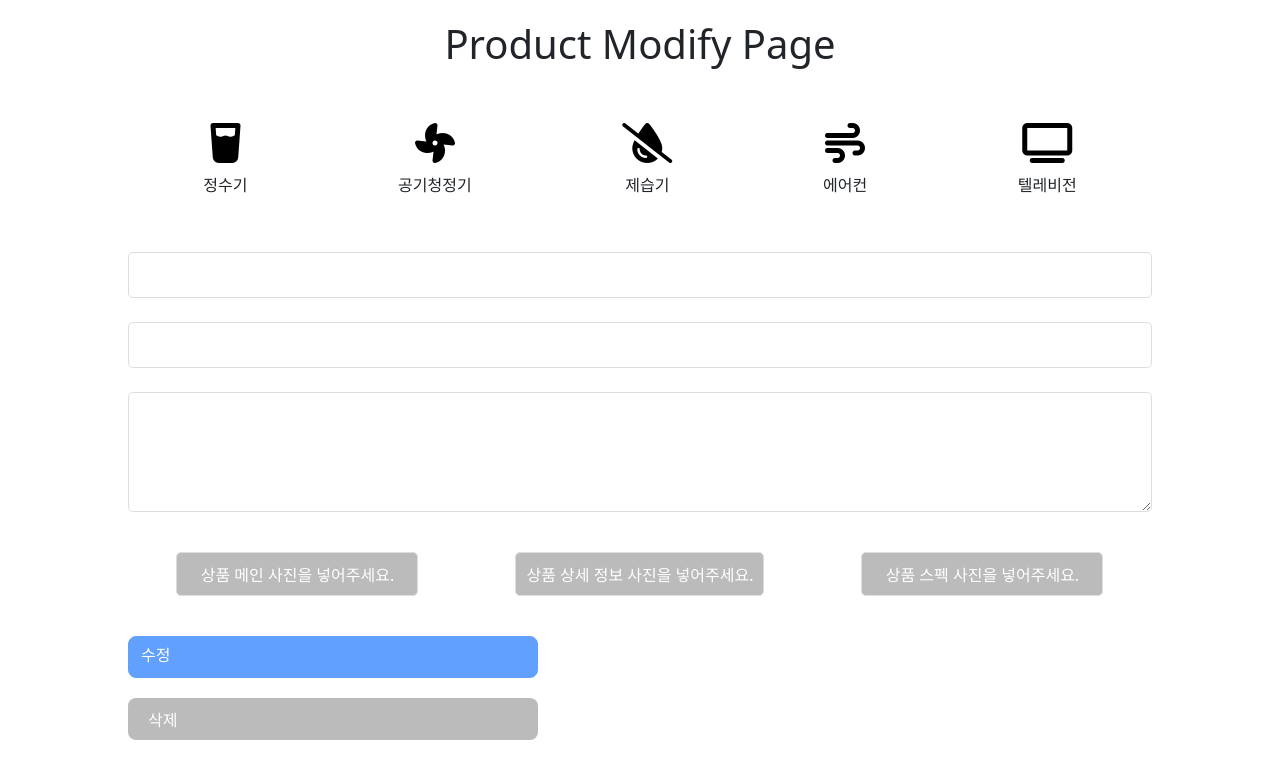
Repository: khr4162/ezen_final
Page: http://localhost/spring/WEB-INF/views/product/modify.jsp
The author's editor kept a copy of each file at every save. The page is drawn from the files as they stood at one save, then again after the next save.
The browser window is 1280 px wide. The pictures show the whole page.
Some web libraries are served in a nearby version. The page is served by Tomcat 9. Nobody is signed in. Other server files are loaded and not shown. The template is opened directly, without the code that normally fills it, so the values that code supplies are empty.

Above is the page before, as saved 2023-07-31 05:44:10.

### spring/src/main/webapp/WEB-INF/views/product/modify.jsp
<%@ page language="java" contentType="text/html; charset=UTF-8"
    pageEncoding="UTF-8"%>
<%@ taglib uri="http://java.sun.com/jsp/jstl/core" prefix="c" %>
<%@ taglib uri="http://java.sun.com/jsp/jstl/functions" prefix="fn"%>
<!DOCTYPE html>
<html>
<head>
<meta charset="UTF-8">
<title>Product Modify Page</title>
<link rel="stylesheet" href="/resources/css/product/register.css">
<script src="https://kit.fontawesome.com/e927512ef5.js" crossorigin="anonymous"></script>
<link href="https://cdn.jsdelivr.net/npm/bootstrap@5.3.1/dist/css/bootstrap.min.css" rel="stylesheet" integrity="sha384-4bw+/aepP/YC94hEpVNVgiZdgIC5+VKNBQNGCHeKRQN+PtmoHDEXuppvnDJzQIu9" crossorigin="anonymous">
<script src="https://cdn.jsdelivr.net/npm/bootstrap@5.3.1/dist/js/bootstrap.bundle.min.js" integrity="sha384-HwwvtgBNo3bZJJLYd8oVXjrBZt8cqVSpeBNS5n7C8IVInixGAoxmnlMuBnhbgrkm" crossorigin="anonymous"></script>
</head>
<body>
	<h1>Product Modify Page</h1>
	 <form action="/product/modify" method="post" id="registerForm" class="was-validated" enctype="multipart/form-data">
        <div>
            <ul>
                <li class="product" data-value="정수기">
                    <div>
                        <i class="fa-solid fa-glass-water" style="color: #000000;"></i>
                        <div class="product-name">정수기</div>
                    </div>
                </li>
                <li class="product" data-value="공기청정기">
                    <div>
                        <i class="fa-solid fa-fan" style="color: #000000;"></i>
                        <div class="product-name">공기청정기</div>
                    </div>
                </li>
                <li class="product" data-value="제습기">
                    <div>
                        <i class="fa-solid fa-droplet-slash" style="color: #000000;"></i>
                        <div class="product-name">제습기</div>
                    </div>
                </li>
                <li class="product" data-value="에어컨">
                    <div>
                        <i class="fa-solid fa-wind" style="color: #000000;"></i>
                        <div class="product-name">에어컨</div>
                    </div>
                </li>
                <li class="product" data-value="텔레비전">
                    <div>
                        <i class="fa-solid fa-tv" style="color: #000000;"></i>
                        <div class="product-name">텔레비전</div>
                    </div>
                </li>
            </ul>
        </div>
        <input type="hidden" name="type_a" id="mySelection">
        <p id="type_aError" class="error" style="color: red; display: none;">제품 카테고리를 입력해주세요.</p>
       <br>
       <input name="pno" value="${product.pvo.pno }" type="hidden">
       <input name="pname" value="${product.pvo.pname }" readonly="readonly"> <br><br>
       <p id="pnameError" class="error" style="color: red; display: none;">제품명을 입력해주세요.</p>
       <input id="priceInput" name="price" value="${product.pvo.price }"> <br><br>
       <p id="priceError" class="error" style="color: red; display: none;">숫자만 입력해주세요.</p>
       <textarea name="content" cols="50" rows="10">${product.pvo.content }</textarea> <br>
       <div id="allDiv">
	       <div class="fileDiv">
		       <input type="file" id="files" name="files" style="display: none" class="form-control" aria-label="file example" required> <br>
		       <button type="button" id="trigger">상품 메인 사진을 넣어주세요.</button> <br>
		   	   <c:set value="${product.flist}" var="flist"/>
		       <div id="fileZone">
		    		<li>
		    			<c:forEach items="${flist }" var="file">
		    				<c:if test="${file.fileCategoryNum == 0}">
		        				<img alt="image" src="/upload/${fn:replace(file.save_dir, '\\','/') }/${file.uuid}_th_${file.file_name}">
		        				<button type="button" class="file-x" data-uuid="${file.uuid }">X</button>
		        			</c:if>
		    			</c:forEach>
		    		</li>
				</div>
	    	</div>
		   <div id="fileDiv">
			   <input type="file" id="files1" name="files" style="display: none" class="form-control" aria-label="file example" required> <br>
		       <button type="button" id="trigger1">상품 상세 정보 사진을 넣어주세요.</button> <br>
				 <div id="fileZone1">
		    		<li>
		        		<c:forEach items="${flist }" var="file">
		    				<c:if test="${file.fileCategoryNum == 1}">
		        				<img alt="image" src="/upload/${fn:replace(file.save_dir, '\\','/') }/${file.uuid}_th_${file.file_name}">
		        				<button type="button" class="file-x" data-uuid="${file.uuid }">X</button>
		        			</c:if>
		    			</c:forEach>
		    		</li>
				</div>
			</div>
			<div id="fileDiv">
			   <input type="file" id="files2" name="files" style="display: none" class="form-control" aria-label="file example" required> <br>
		       <button type="button" id="trigger2">상품 스펙 사진을 넣어주세요.</button> <br>
				 <div id="fileZone2">
		    		<li>
		        		<c:forEach items="${flist }" var="file">
		    				<c:if test="${file.fileCategoryNum == 2}">
		        				<img alt="image" src="/upload/${fn:replace(file.save_dir, '\\','/') }/${file.uuid}_th_${file.file_name}">
		        				<button type="button" class="file-x" data-uuid="${file.uuid }">X</button>
		        			</c:if>
		    			</c:forEach>
		    		</li>
				</div>
			</div>
		</div>
       <button onclick="validateButton(event)" id="modBtn" class="btn btn-primary" type="submit" disabled>수정</button>
    </form>
    <div id="delDiv">
		<form action="/product/delete" method="post">
		   <input name="pno" value="${product.pvo.pno }" type="hidden">
	       <button id="delBtn" type="submit">삭제</button>
		</form>
	</div>
	<script type="text/javascript" src="/resources/js/product/productModify.js"></script>
</body>
</html>

### spring/src/main/webapp/resources/css/product/register.css
body {
    font-family: 'Helvetica Neue', Helvetica, Arial, sans-serif;
    margin: 0;
    padding: 0;
    color: #333;
    background-color: #fff;
}

h1 {
    text-align: center;
    padding: 20px 0;
}

form, textarea, button {
    width: 80%;
    margin: 20px auto;
}

input, textarea, #trigger, #trigger1, #trigger2 {
    margin: 10px 0;
    padding: 10px;
    border: 1px solid #ddd;
    border-radius: 5px;
    width: 100%;
    font-size: 16px;
}

textarea {
    height: 120px;
}

ul {
    display: flex;
    flex-wrap: wrap;
    justify-content: space-evenly;
  	padding-left: 0 !important;
}

li {
    list-style: none;
    padding: 10px;
    margin: 5px 5px;
    text-align: center;
    flex-grow: 1;
}

.product-clicked {
    background-color: rgba(128, 128, 128, 0.5);
    padding: 10px;
    border-radius: 5px;
    animation: pop 0.6s;
    margin-top: -10px;
}

@keyframes pop {
    0% { transform: scale(1); }
    50% { transform: scale(1.1); }
    100% { transform: scale(1); }
}

i {
    font-size: 40px;
    display: block;
    margin-bottom: 10px;
    color: #555;
}

button {
    background-color: #bbb;
    color: #fff;
    border: none;
    padding: 10px 20px;
    text-align: center;
    font-size: 16px;
    cursor: pointer;
    border-radius: 5px;
    margin: 20px 0;
    transition: 0.3s;
    min-width: 242px;
    max-width: 440px;
    height: 44px;
}

button:hover {
    background-color: #999;
}

.center {
    text-align: center;
}

@media (max-width: 768px) {
    form, textarea, button {
        width: 90%;
    }

    i {
        font-size: 30px;
    }
}

#allDiv {
	display: flex;
	justify-content: space-around;
}

.fileDiv {
	flex-direction: column;
	align-items: center;
}

img {
	width: 240px;
	height: 240px;
}

#regBtn {
	display: flex;
	justify-content: center;
	margin: auto;
	width: 100%;
}

#modBtn, #delBtn {
	display: inline-flex !important;
	width: 40%;
	height: 42px;
	border-radius: 8px;
}

### spring/src/main/webapp/resources/js/product/productModify.js
//삭제
document.addEventListener('click', (e) => {
    if(e.target.classList.contains('file-x')) {
        let uuid = e.target.dataset.uuid;
        console.log(uuid);

        removeFileToServer(uuid).then(result => {
            console.log(result);
            alert('파일삭제' + (parseInt(result) > 0 ? "Success" : "Fail"));
            if(result > 0) {
                e.target.closest('li').remove();
            }
        })

    }
})

async function removeFileToServer(uuid) {
    try {
        const url = '/product/file/' + uuid;
        const config = {
            method: 'delete'
        }
        const resp = await fetch(url, config);
        const result = await resp.text();
        return result;
    } catch (error) {
        console.log(error);
    }
}

//수정
document.getElementById('trigger').addEventListener('click', () => {
    console.log("trigger");
    document.getElementById('files').click();
})

document.getElementById('trigger1').addEventListener('click', () => {
    console.log("trigger1");
    document.getElementById('files1').click();
})

document.getElementById('trigger2').addEventListener('click', () => {
    console.log("trigger2");
    document.getElementById('files2').click();
})

const regExp = new RegExp("\\.(exe|sh|bat|msi|dll|js)$");
const regExpImg = new RegExp("\\.(jpg|jpeg|png|gif|bmp)$");
const maxSize = 1024*1024*20;

function fileSizeValidation(fileName, fileSize) {
    if(regExp.test(fileName)) {
        return 0;
    } else if(fileSize > maxSize) {
        return 0;
    } else {
        return 1;
    }
}

document.addEventListener('change', (e) => {
    console.log(e.target);
    if(e.target.id=='files') {
        document.getElementById('modBtn').disabled=false;
        const fileObject = document.getElementById('files').files;
        console.log(fileObject);

        let div = document.getElementById('fileZone');
        div.innerHTML = '';
        let ul = `<ul>`;
        let isOk = 1;
        for(let file of fileObject) {
            console.log(file);
            let validResult = fileSizeValidation(file.name, file.size);
            isOk*=validResult;
            ul += `<li>`;
            ul += `${validResult ? '<div>업로드 가능':'<div>업로드 불가능'}</div>`;
            ul += `${file.name}`;
            ul += `<span class="badge rounded-pill text-bg-${validResult?'success':'danger'}">${file.size}Bytes</span></li>`;
        }
        ul += `</ul>`;
        div.innerHTML = ul;
        if(isOk==0) {
            document.getElementById('modBtn').disabled = true;
        }

    }
})

document.addEventListener('change', (e) => {
    console.log(e.target);
    if(e.target.id=='files1') {
        document.getElementById('modBtn').disabled=false;
        const fileObject = document.getElementById('files1').files;
        console.log(fileObject);

        let div1 = document.getElementById('fileZone1');
        div1.innerHTML = '';
        let ul = `<ul>`;
        let isOk = 1;
        for(let file of fileObject) {
            console.log(file);
            let validResult = fileSizeValidation(file.name, file.size);
            isOk*=validResult;
            ul += `<li>`;
            ul += `${validResult ? '<div>업로드 가능':'<div>업로드 불가능'}</div>`;
            ul += `${file.name}`;
            ul += `<span class="badge rounded-pill text-bg-${validResult?'success':'danger'}">${file.size}Bytes</span></li>`;
        }
        ul += `</ul>`;
        div1.innerHTML = ul;
        if(isOk==0) {
            document.getElementById('modBtn').disabled = true;
        }

    }
})

document.addEventListener('change', (e) => {
    console.log(e.target);
    if(e.target.id=='files2') {
        document.getElementById('modBtn').disabled=false;
        const fileObject = document.getElementById('files2').files;
        console.log(fileObject);

        let div1 = document.getElementById('fileZone2');
        div1.innerHTML = '';
        let ul = `<ul>`;
        let isOk = 1;
        for(let file of fileObject) {
            console.log(file);
            let validResult = fileSizeValidation(file.name, file.size);
            isOk*=validResult;
            ul += `<li>`;
            ul += `${validResult ? '<div>업로드 가능':'<div>업로드 불가능'}</div>`;
            ul += `${file.name}`;
            ul += `<span class="badge rounded-pill text-bg-${validResult?'success':'danger'}">${file.size}Bytes</span></li>`;
        }
        ul += `</ul>`;
        div1.innerHTML = ul;
        if(isOk==0) {
            document.getElementById('modBtn').disabled = true;
        }

    }
})

window.onload = function(){
    var products = document.querySelectorAll('.product');
    products.forEach(function(product){
        product.addEventListener('click', function(e){
            // remove product-clicked from all products
            products.forEach(function(prod){
                prod.firstElementChild.classList.remove('product-clicked');
            });

            // add product-clicked to the clicked product
            e.currentTarget.firstElementChild.classList.add('product-clicked');

            // update the hidden input with the data-value of the clicked product
            document.getElementById('mySelection').value = e.currentTarget.dataset.value;
        });
    });
}

function validateButton(event) {
    var type_aInput = document.querySelector('input[name="type_a"]');
    var type_aError = document.getElementById("type_aError");
    var pnameInput = document.querySelector('input[name="pname"]');
    var pnameError = document.getElementById("pnameError");
    var priceInput = document.querySelector('input[name="price"]');
    var priceError = document.getElementById("priceError");
    var contentTextarea = document.querySelector('textarea[name="content"]');
    var isFormValid = true; // 폼 유효성 검사 결과
    console.log(isFormValid);
    if (type_aInput.value.trim() === "") {
        isFormValid = false;
        type_aError.style.display = "block";
    } else {
        type_aError.style.display = "none";
    }

    if (pnameInput.value.trim() === "") {
        isFormValid = false;
        pnameError.style.display = "block";
    } else {
        pnameError.style.display = "none";
    }

    if (priceInput.value.trim() === "" || isNaN(priceInput.value)) {
        isFormValid = false;
        priceError.style.display = "block";
    } else {
        priceError.style.display = "none";
    }

    if (contentTextarea.value.trim() === "") {
        isFormValid = false;
    }

    console.log(isFormValid);
    // 폼 전송 막기
    if (!isFormValid) {
        event.preventDefault();
    }
}

After the next save:
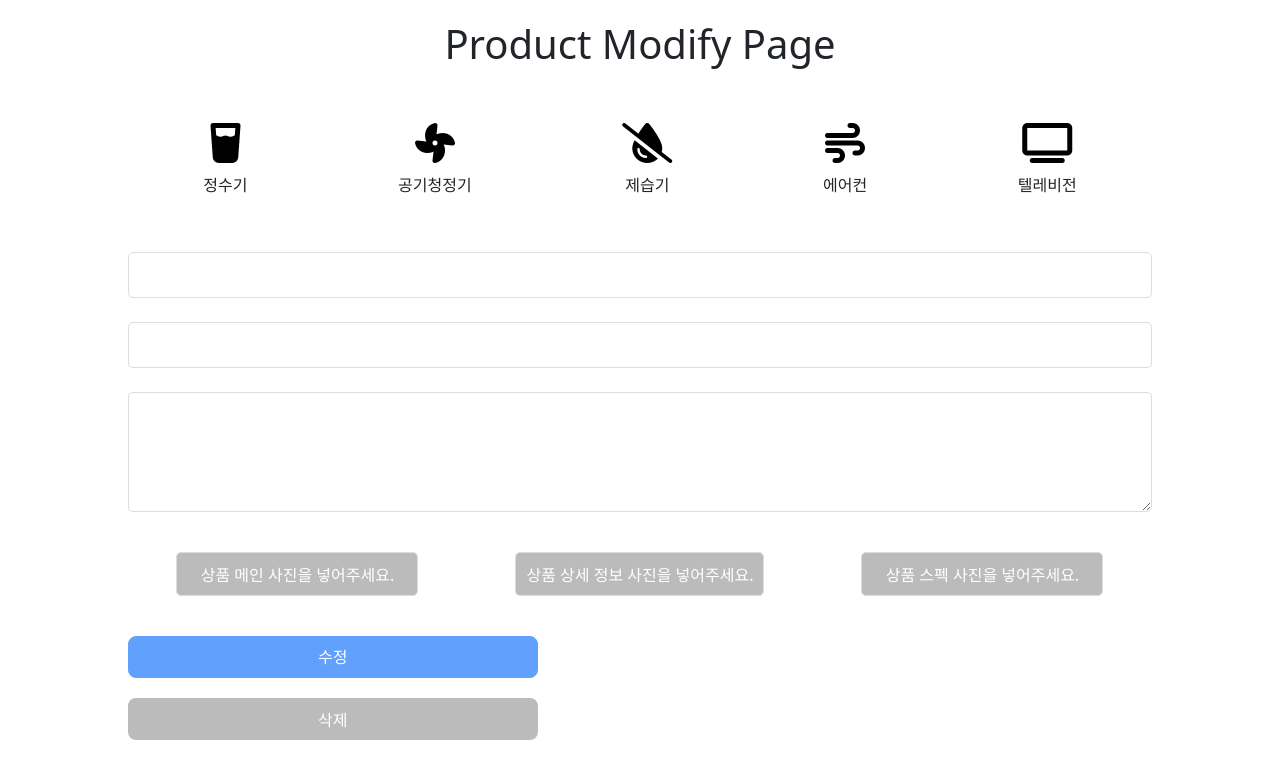
Saved 10 s later.
--- a/spring/src/main/webapp/resources/css/product/register.css
+++ b/spring/src/main/webapp/resources/css/product/register.css
@@ -122,7 +122,6 @@ img {
 }
 
 #modBtn, #delBtn {
-	display: inline-flex !important;
 	width: 40%;
 	height: 42px;
 	border-radius: 8px;
